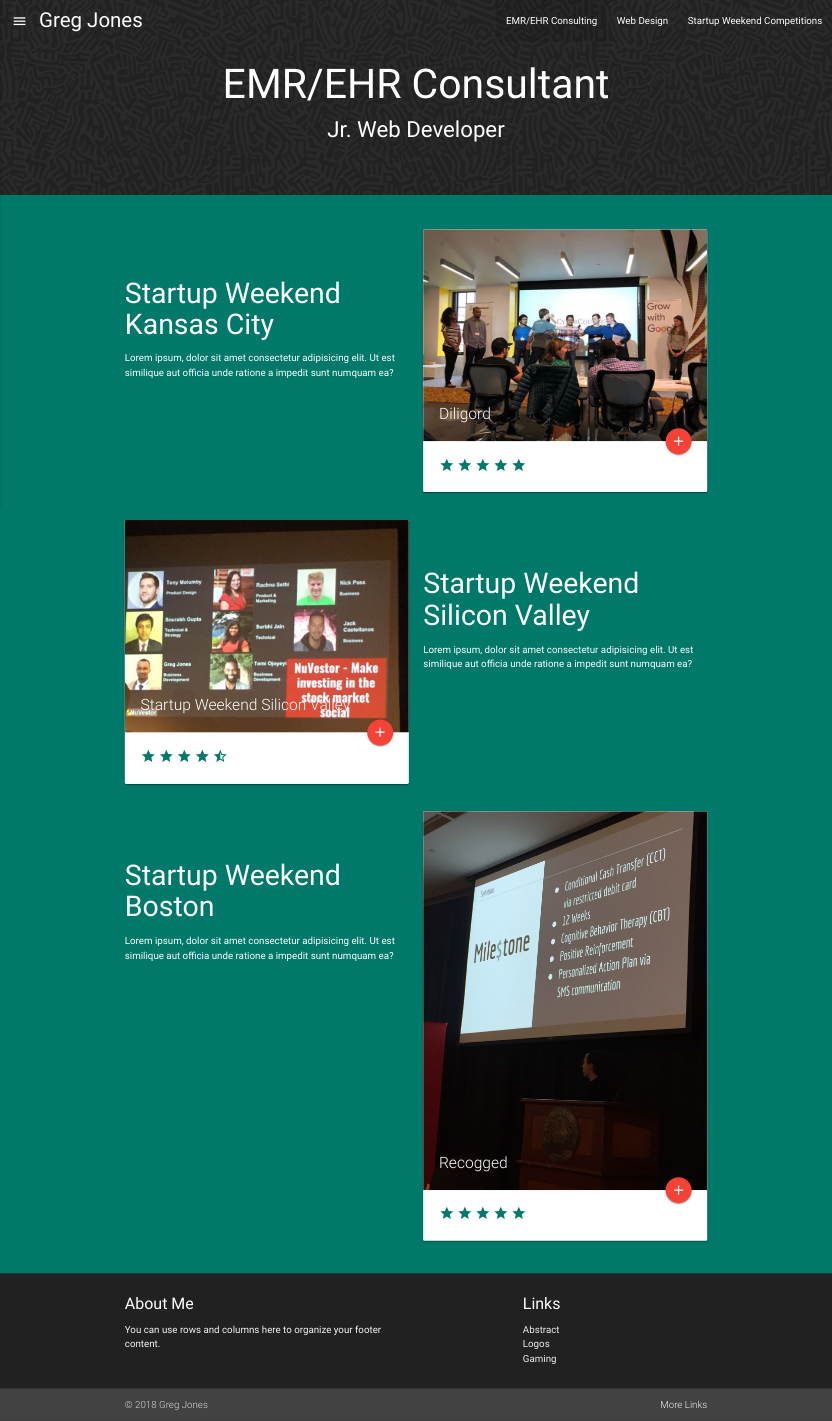
Repository: Greg919617/Existing-Portfolio
Page: sw.html
These files come from the project's save history. The page is drawn as it stood at one moment and after the next save; the edit follows.
The browser window is 1280 px wide. The pictures show the whole page, at 65% of full size.
Some web libraries are served in a nearby version.

Above is the page before, as saved 2018-06-26 17:46:42.

### sw.html
<!DOCTYPE html>
<html>

<head>
  <!--Import Google Icon Font-->
  <link href="https://fonts.googleapis.com/icon?family=Material+Icons" rel="stylesheet">
  <!--Import materialize.css-->
  <link type="text/css" rel="stylesheet" href="css/materialize.min.css" media="screen,projection" />
  <link type="text/css" rel="stylesheet" href="css/main.css" />

  <!--Let browser know website is optimized for mobile-->
  <meta name="viewport" content="width=device-width, initial-scale=1.0" />
  <title>Galappear</title>
</head>

<body>
  <!-- Header -->
  <header class="main-header">
    <nav class="transparent nav-wrapper z-depth-0">
      <div class="nav-wrapper">
        <a href="#" data-activates="mobile-nav" class="button-collapse show-on-large">
          <i class="material-icons">menu</i>
        </a>
        <a href="index.html" class="brand-logo">Greg Jones</a>
        <ul class="right hide-on-med-and-down">
          <li class="active">
            <a href="index.html">EMR/EHR Consulting</a>
          </li>
          <li>
            <a href="web-design.html">Web Design</a>
          </li>
          <li>
            <a href="sw.html">Startup Weekend Competitions</a>
          </li>
        </ul>
      </div>
      <ul class="side-nav" id="mobile-nav">
        <li>
          <a href="index.html">EMR/EHR Consulting</a>
        </li>
        <li>
          <a href="web-design.html">Web Design</a>
        </li>
        <li>
          <a href="sw.html">Startup Weekend Competitions</a>
        </li>
      </ul>
    </nav>
    <h1 class="center">EMR/EHR Consultant</h1>
    <h4 class="center">Jr. Web Developer</h4>
  </header>

  <!-- Section: Main -->
  <section class="section section-main">
    <div class="container">
      <!-- Row 1 -->
      <div class="row row-1">
        <div class="col m6 hide-on-small-only">
          <div class="img-content">
            <h3>Startup Weekend Kansas City</h3>
            Lorem ipsum, dolor sit amet consectetur adipisicing elit. Ut est similique aut officia unde ratione a impedit sunt numquam
            ea?
          </div>
        </div>
        <div class="col m6">
          <div class="card">
            <div class="card-image">
              <img src="img/gallery/pozitiv.jpg" alt="">
              <span class="card-title">Diligord</span>
              <a href="#abstract1" class="btn-floating halfway-fab waves-effect waves-light red modal-trigger">
                <i class="material-icons">add</i>
              </a>
            </div>
            <div class="card-content">
              <p>
                <i class="material-icons">star</i>
                <i class="material-icons">star</i>
                <i class="material-icons">star</i>
                <i class="material-icons">star</i>
                <i class="material-icons">star</i>
              </p>
            </div>
          </div>
        </div>
      </div>

      <!-- Row 2 -->
      <div class="row row-2">
        <div class="col m6">
          <div class="card">
            <div class="card-image">
              <img src="img/gallery/nuvestor.jpg" alt="">
              <span class="card-title">Startup Weekend Silicon Valley</span>
              <a href="#abstract2" class="btn-floating halfway-fab waves-effect waves-light red modal-trigger">
                <i class="material-icons">add</i>
              </a>
            </div>
            <div class="card-content">
              <p>
                <i class="material-icons">star</i>
                <i class="material-icons">star</i>
                <i class="material-icons">star</i>
                <i class="material-icons">star</i>
                <i class="material-icons">star_half</i>
              </p>
            </div>
          </div>
        </div>
        <div class="col m6 hide-on-small-only">
          <div class="img-content">
            <h3>Startup Weekend Silicon Valley</h3>
            Lorem ipsum, dolor sit amet consectetur adipisicing elit. Ut est similique aut officia unde ratione a impedit sunt numquam
            ea?
          </div>
        </div>
      </div>

      <!-- Row 3 -->
      <div class="row row-3">
        <div class="col m6 hide-on-small-only">
          <div class="img-content">
            <h3>Startup Weekend Boston</h3>
            Lorem ipsum, dolor sit amet consectetur adipisicing elit. Ut est similique aut officia unde ratione a impedit sunt numquam
            ea?
          </div>
        </div>
        <div class="col m6">
          <div class="card">
            <div class="card-image">
              <img src="img/gallery/milestone-highlight.jpg" alt="">
              <span class="card-title">Recogged</span>
              <a href="#abstract3" class="btn-floating halfway-fab waves-effect waves-light red modal-trigger">
                <i class="material-icons">add</i>
              </a>
            </div>
            <div class="card-content">
              <p>
                <i class="material-icons">star</i>
                <i class="material-icons">star</i>
                <i class="material-icons">star</i>
                <i class="material-icons">star</i>
                <i class="material-icons">star</i>
              </p>
            </div>
          </div>
        </div>
      </div>
    </div>
  </section>

  <!-- Footer -->
  <footer class="page-footer">
    <div class="container">
      <div class="row">
        <div class="col l6 s12">
          <h5 class="white-text">About Me</h5>
          <p class="grey-text text-lighten-4">You can use rows and columns here to organize your footer content.</p>
        </div>
        <div class="col l4 offset-l2 s12">
          <h5 class="white-text">Links</h5>
          <ul>
            <li>
              <a class="grey-text text-lighten-3" href="index.html">Abstract</a>
            </li>
            <li>
              <a class="grey-text text-lighten-3" href="logos.html">Logos</a>
            </li>
            <li>
              <a class="grey-text text-lighten-3" href="gaming.html">Gaming</a>
            </li>

          </ul>
        </div>
      </div>
    </div>
    <div class="footer-copyright">
      <div class="container">
        © 2018 Greg Jones
        <a class="grey-text text-lighten-4 right" href="#!">More Links</a>
      </div>
    </div>
  </footer>

  <!-- Modal 1 -->
  <div id="gaming1" class="modal">
    <div class="modal-content">
      <h4>Clossyo</h4>
      <img src="img/gallery/gaming1.jpg" alt="" class="responsive-img"> Lorem ipsum dolor sit amet consectetur adipisicing elit. Ipsum deleniti animi laboriosam, quisquam minus recusandae
      saepe delectus maxime a reiciendis!
    </div>
    <div class="modal-footer">
      <p>
        <i class="material-icons">star</i>
        <i class="material-icons">star</i>
        <i class="material-icons">star</i>
        <i class="material-icons">star</i>
        <i class="material-icons">star_half</i>
      </p>
    </div>
  </div>

  <!-- Modal 2 -->
  <div id="gaming2" class="modal">
    <div class="modal-content">
      <h4>Voyflen</h4>
      <img src="img/gallery/gaming2.jpg" alt="" class="responsive-img"> Lorem ipsum dolor sit amet consectetur adipisicing elit. Ipsum deleniti animi laboriosam, quisquam minus recusandae
      saepe delectus maxime a reiciendis!
    </div>
    <div class="modal-footer">
      <p>
        <i class="material-icons">star</i>
        <i class="material-icons">star</i>
        <i class="material-icons">star</i>
        <i class="material-icons">star</i>
        <i class="material-icons">star</i>
      </p>
    </div>
  </div>

  <!-- Modal 3 -->
  <div id="gaming3" class="modal">
    <div class="modal-content">
      <h4>Rendann</h4>
      <img src="img/gallery/gaming3.jpg" alt="" class="responsive-img"> Lorem ipsum dolor sit amet consectetur adipisicing elit. Ipsum deleniti animi laboriosam, quisquam minus recusandae
      saepe delectus maxime a reiciendis!
    </div>
    <div class="modal-footer">
      <p>
        <i class="material-icons">star</i>
        <i class="material-icons">star</i>
        <i class="material-icons">star</i>
        <i class="material-icons">star</i>
        <i class="material-icons">star</i>
      </p>
    </div>
  </div>

  <!--Import jQuery before materialize.js-->
  <script type="text/javascript" src="https://code.jquery.com/jquery-3.2.1.min.js"></script>
  <script type="text/javascript" src="js/materialize.min.js"></script>
  <script>
    $(document).ready(function () {
      // Init Sidenav
      $('.button-collapse').sideNav();

      // Init Modal
      $('.modal').modal();

      // Scrollfire
      const options = [
        {
          selector: '.row-1', offset: 50, callback: function (el) {
            Materialize.fadeInImage($(el));
          }
        },
        {
          selector: '.row-2', offset: 300, callback: function (el) {
            Materialize.fadeInImage($(el));
          }
        },
        {
          selector: '.row-3', offset: 400, callback: function (el) {
            Materialize.fadeInImage($(el));
          }
        }
      ];

      Materialize.scrollFire(options);

    });
  </script>
</body>

</html>

Loaded but not shown: css/materialize.min.css (library); css/main.css (library); js/materialize.min.js (library)

After the next save:
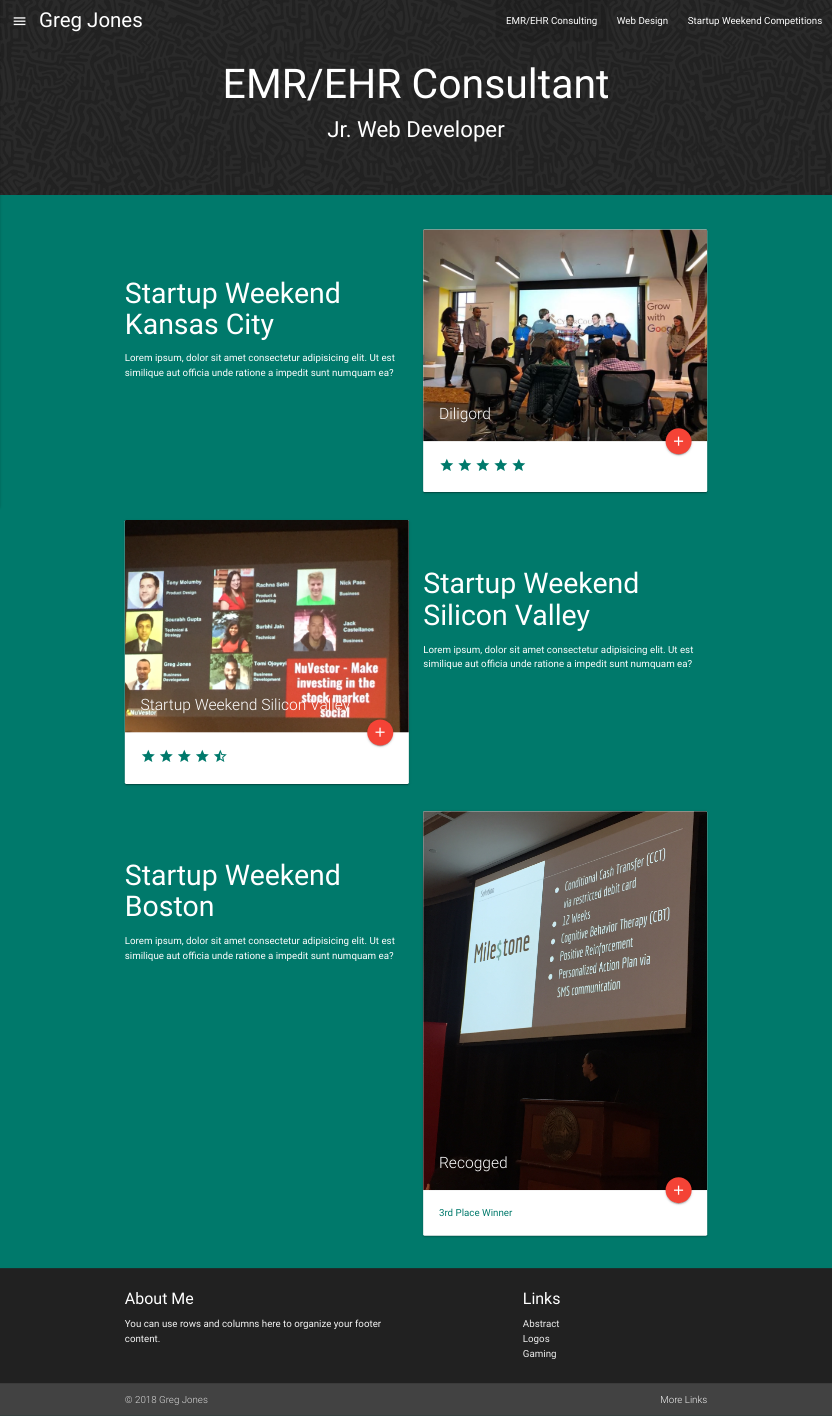
Saved 72 s later.
--- a/sw.html
+++ b/sw.html
@@ -135,11 +135,7 @@
             </div>
             <div class="card-content">
               <p>
-                <i class="material-icons">star</i>
-                <i class="material-icons">star</i>
-                <i class="material-icons">star</i>
-                <i class="material-icons">star</i>
-                <i class="material-icons">star</i>
+                3rd Place Winner
               </p>
             </div>
           </div>
